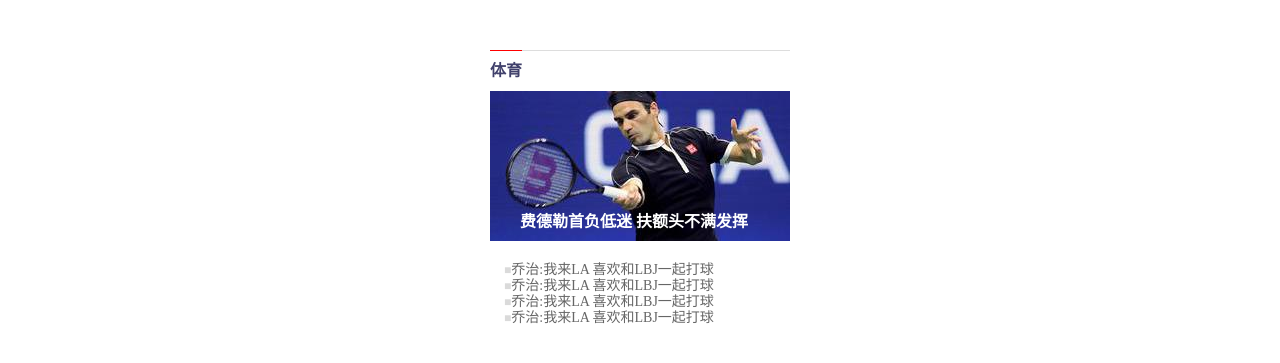
Repository: Romic77/css-test
Page: exercise/03_网易新闻的右侧列表.html
The author's editor kept a copy of each file at every save. The page is drawn from the files as they stood at one save, then again after the next save.
The browser window is 1280 px wide. The pictures show the whole page.

Above is the page before, as saved 2022-09-03 16:05:54.

After the next save:
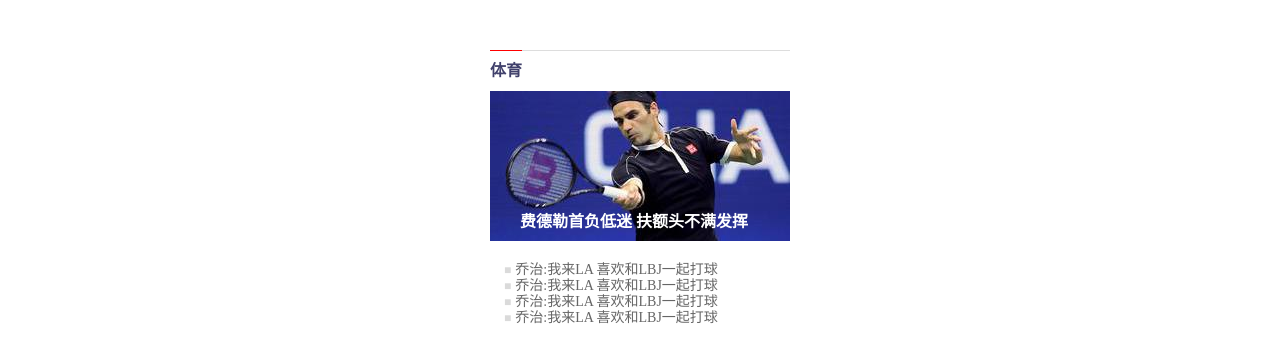
Saved 9 s later.
--- a/exercise/03_网易新闻的右侧列表.html
+++ b/exercise/03_网易新闻的右侧列表.html
@@ -64,6 +64,7 @@
             content: '■';
             color: rgb(218, 218, 218);
             font-size: 12px;
+            margin-right: 4px;
         }
 
         .news-list li a {
